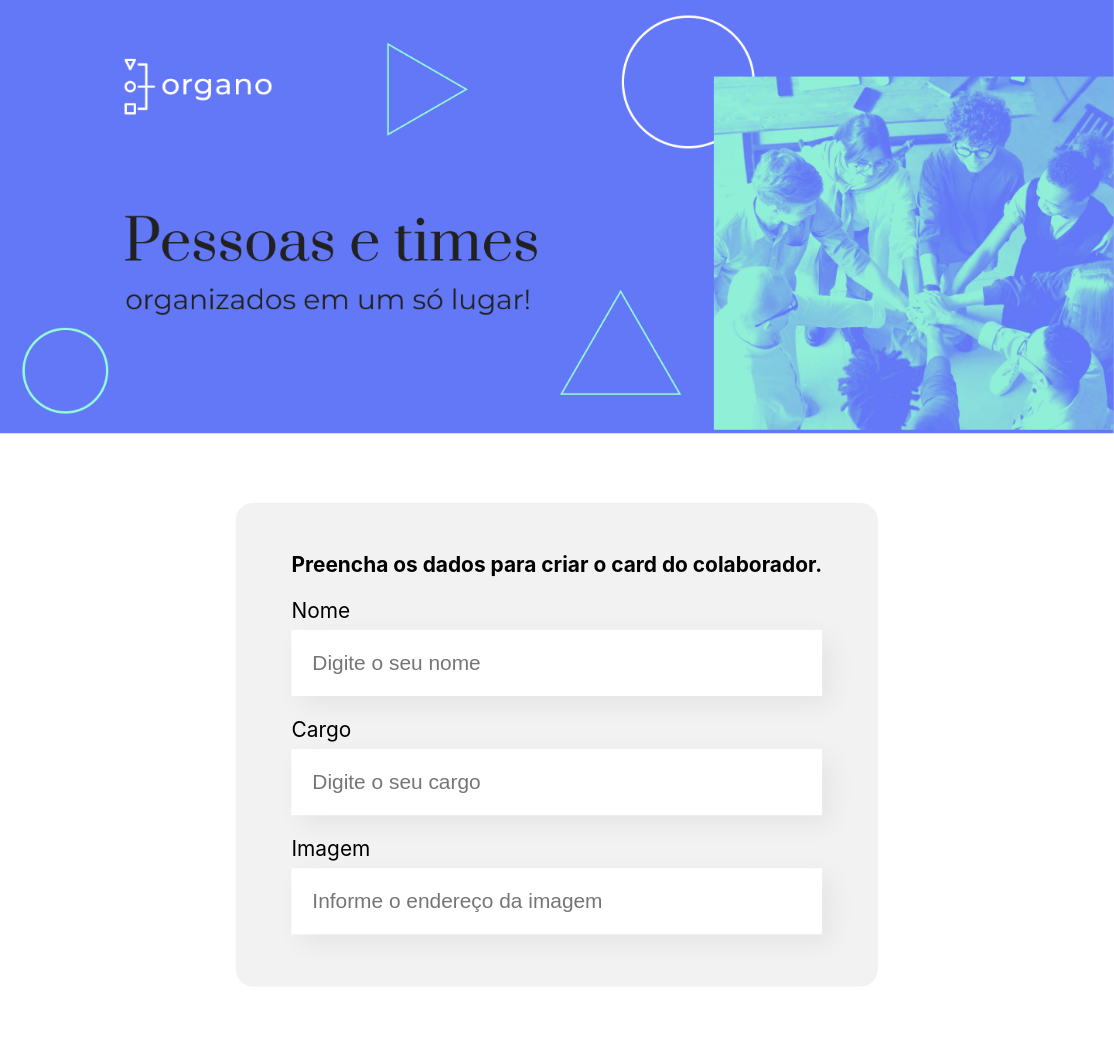
Repository: devMuriloOliveira/organo
Page: /
These files come from the project's save history. The page is drawn as it stood at one moment and after the next save; the edit follows.
The browser window is 1280 px wide. The pictures show the whole page, at 87% of full size.
The project was rebuilt for these pictures with package versions that can differ from the ones it lists, and the page was loaded fresh each time.

Above is the page before, as saved 2023-01-10 19:07:07.

After the next save:
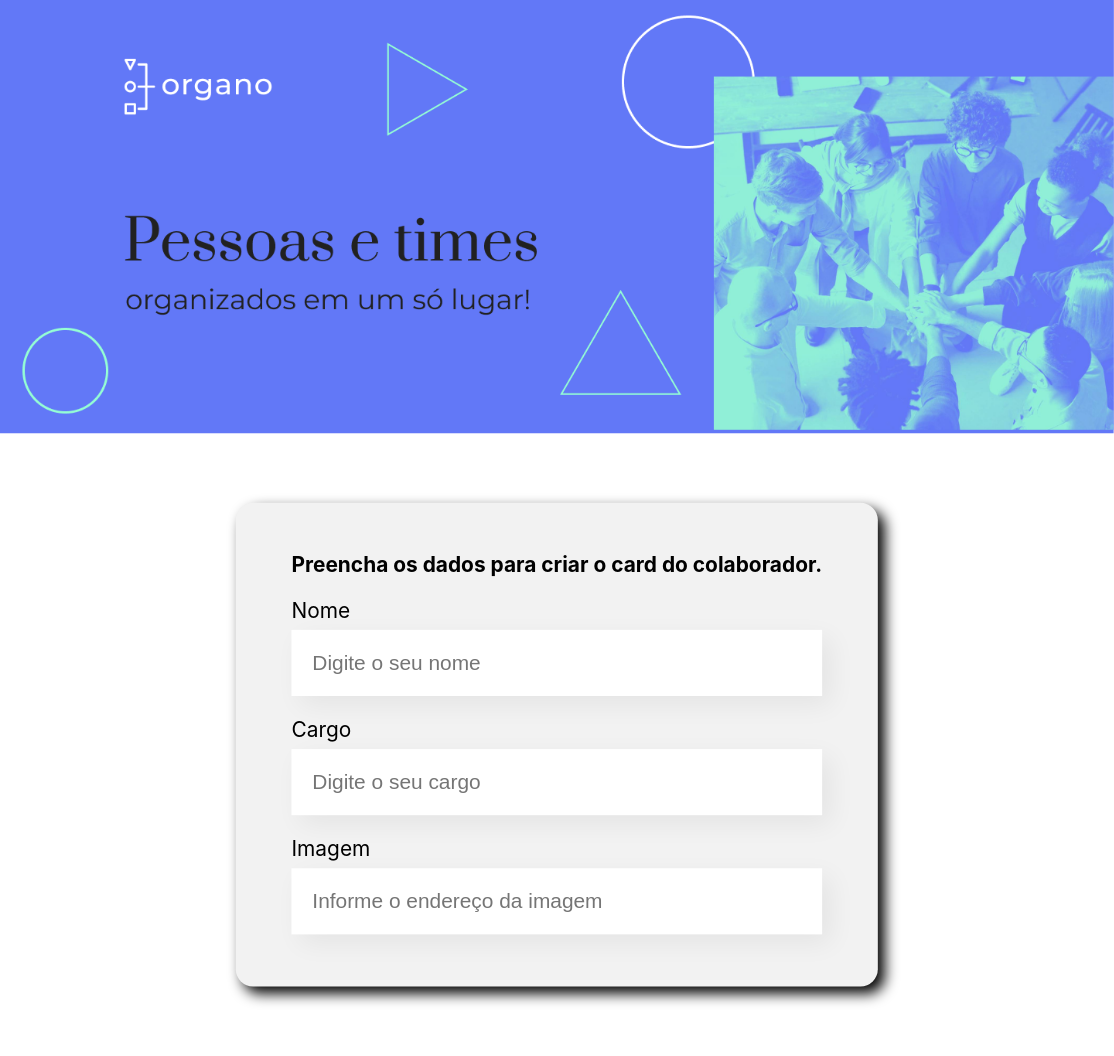
Saved 72 s later.
--- a/src/componentes/Formulario/Formulario.css
+++ b/src/componentes/Formulario/Formulario.css
@@ -9,4 +9,5 @@
   background-color: #f2f2f2;
   border-radius: 20px;
   padding: 36px 64px;
+  box-shadow: 8px 8px 16px;
 }
